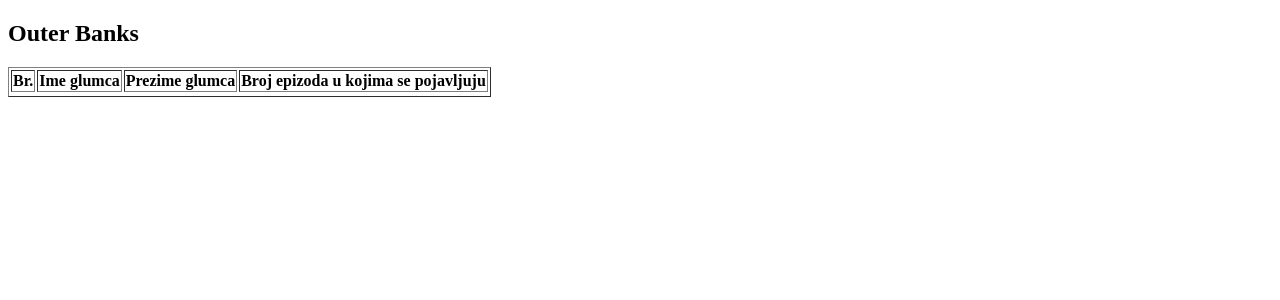
Repository: larabiondic/wp_biondic_lara
Page: Domace zadace/Zadaća.2.html
The author's editor kept a copy of each file at every save. The page is drawn from the files as they stood at one save, then again after the next save.
The browser window is 1280 px wide. The pictures show the whole page.

Above is the page before, as saved 2025-11-03 19:59:25.

### Domace zadace/Zadaća.2.html
<!DOCTYPE html>
<html lang="en">
<head>
    <meta name="viewport" content="width=device-width, initial-scale=1.0">
    <meta name="description" content="Zadaća 2.">
    <meta name="keywords" content="HTML, CSS, JavaScript">
    <meta name="author" content="Lara Biondić">
    <title>Zadaća 2.</title>
</head>
<body>
    <h2>Outer Banks</h2>
    <table border="1">
        <tr>
            <th>Br.</th>
            <th colspan="2">Ime glumca</th>
            <th>Prezime glumca</th>
            <th>Broj epizoda u kojima se pojavljuju</th>
        </tr>
        <tr>

        </tr>

    </table>
</body>
</html>

After the next save:
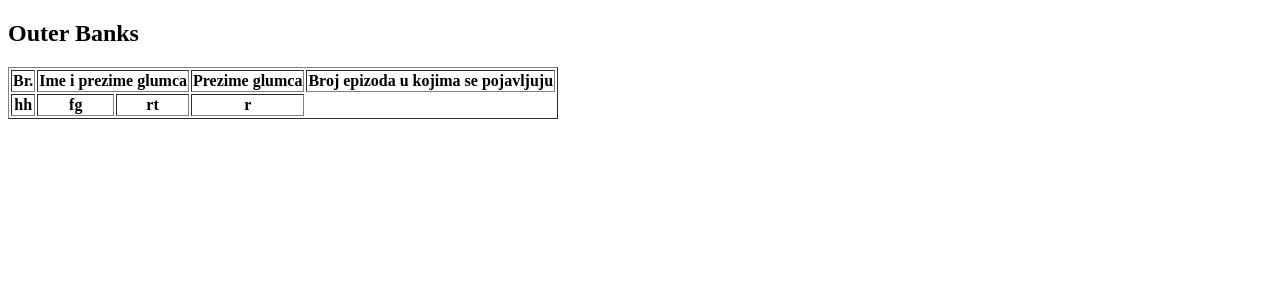
Saved 35 s later.
--- a/Domace zadace/Zadaća.2.html
+++ b/Domace zadace/Zadaća.2.html
@@ -12,12 +12,15 @@
     <table border="1">
         <tr>
             <th>Br.</th>
-            <th colspan="2">Ime glumca</th>
+            <th colspan="2">Ime i prezime glumca</th>
             <th>Prezime glumca</th>
             <th>Broj epizoda u kojima se pojavljuju</th>
         </tr>
         <tr>
-
+            <th>hh</th>
+            <th>fg</th>
+            <th>rt</th>
+            <th>r</th>
         </tr>
 
     </table>
